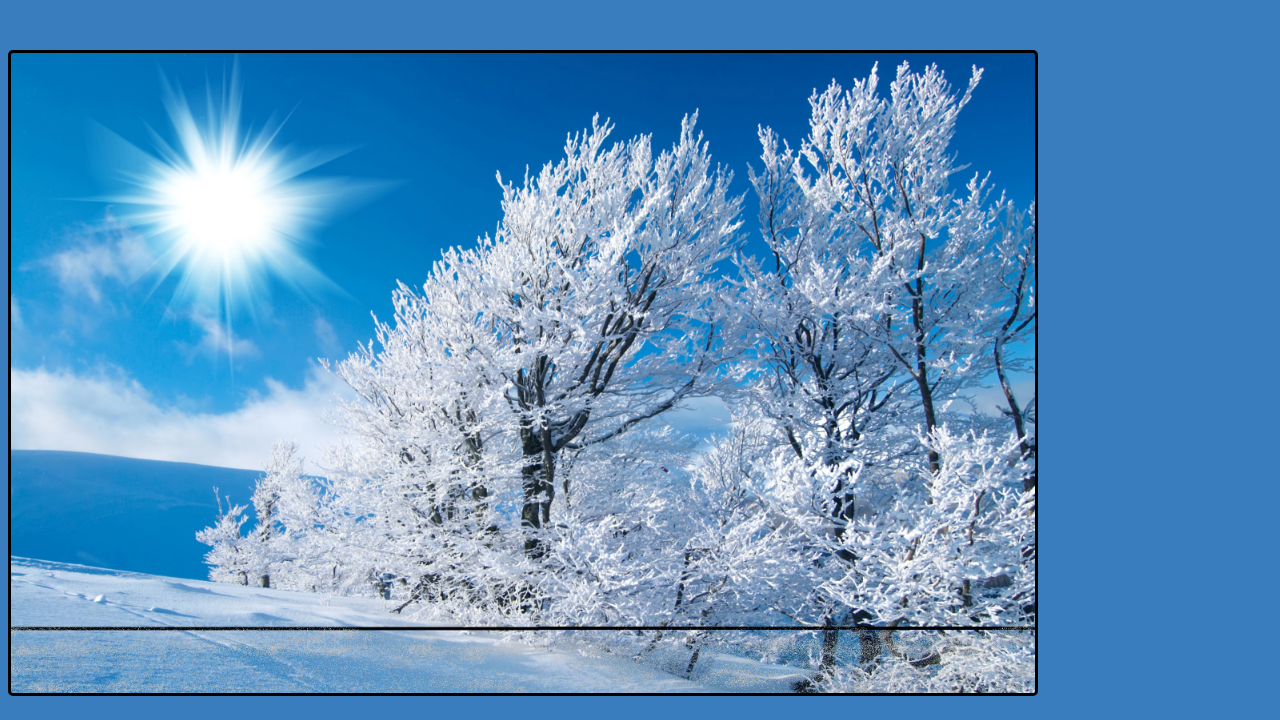
Repository: la222tc/la222tc-1dv403-Laborationer
Page: 5-pwd/index.html
The author's editor kept a record of every edit. The page is drawn from the files as they stood at one moment, then again after the next edit.
The browser window is 1280 px wide. The pictures show the whole page.

Above is the page before.
Console error: TypeError: Cannot read properties of null (reading 'addEventListener')

After the next edit:
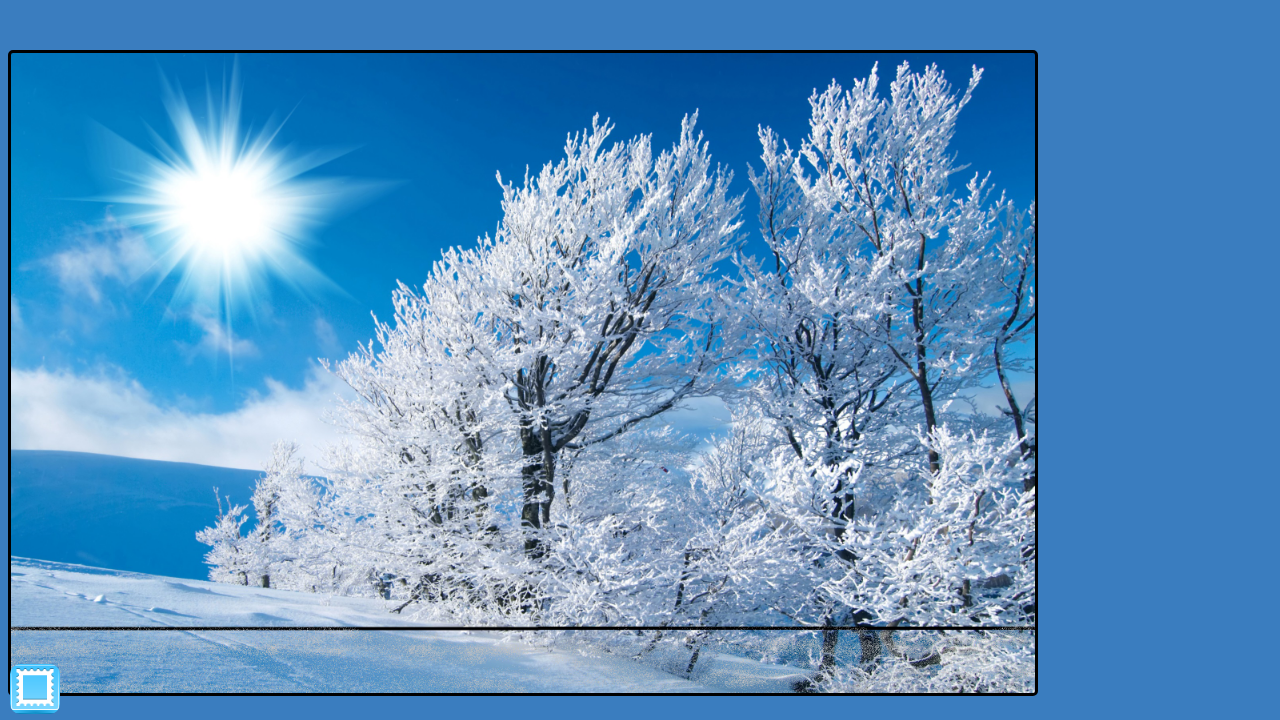
The edit:
--- a/5-pwd/index.html
+++ b/5-pwd/index.html
@@ -10,7 +10,9 @@
         <div id="window">
 
         </div>
-        <div id="windowbar"></div>
+        <div id="windowbar">
+             <a href="#"><img id="imagewindow" alt="imagewindow" src="img/imageicon.png"></a>
+        </div>
 
         <script type="text/javascript" src="js/quiz.js"></script>
     </body>
